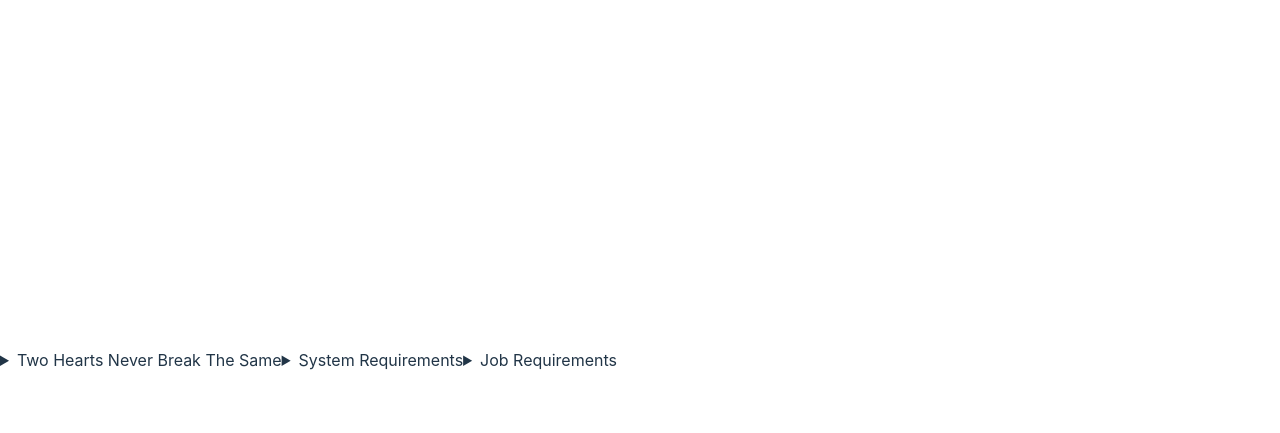
Repository: GavinPahal/my_app
Page: / (app in react/)
These files come from the project's save history. The page is drawn as it stood at one moment and after the next save; the edit follows.
The browser window is 1280 px wide. The pictures show the whole page.
The project was rebuilt for these pictures with package versions that can differ from the ones it lists, and the page was loaded fresh each time. Also part of the build but not shown: react/vite.config.js.

Above is the page before, as saved 2024-09-14 01:56:09.

After the next save:
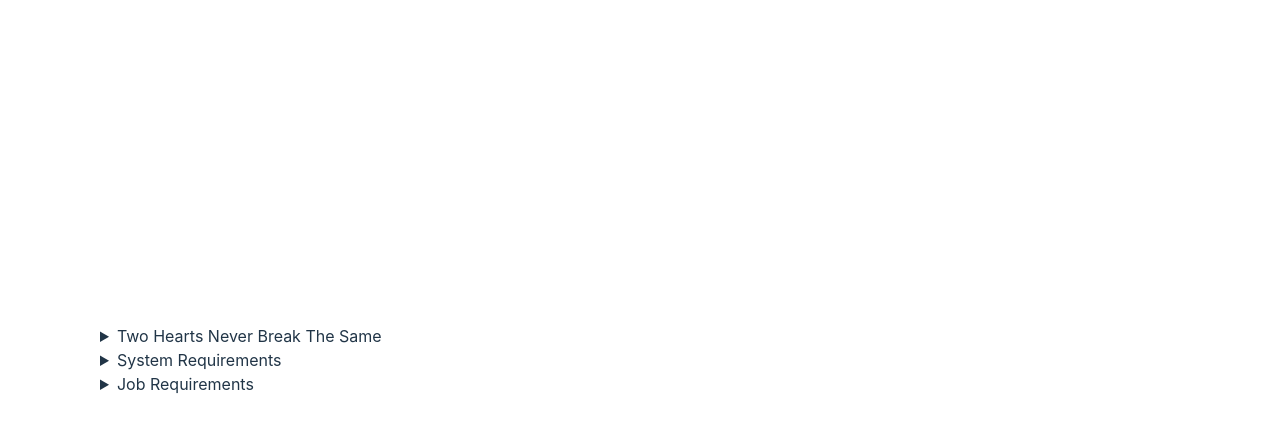
Saved 23 s later.
--- a/react/src/App.css
+++ b/react/src/App.css
@@ -7,4 +7,6 @@
 
 .album{
 display: flex;
+flex-direction: column;
+padding-left: 100px;
 }
